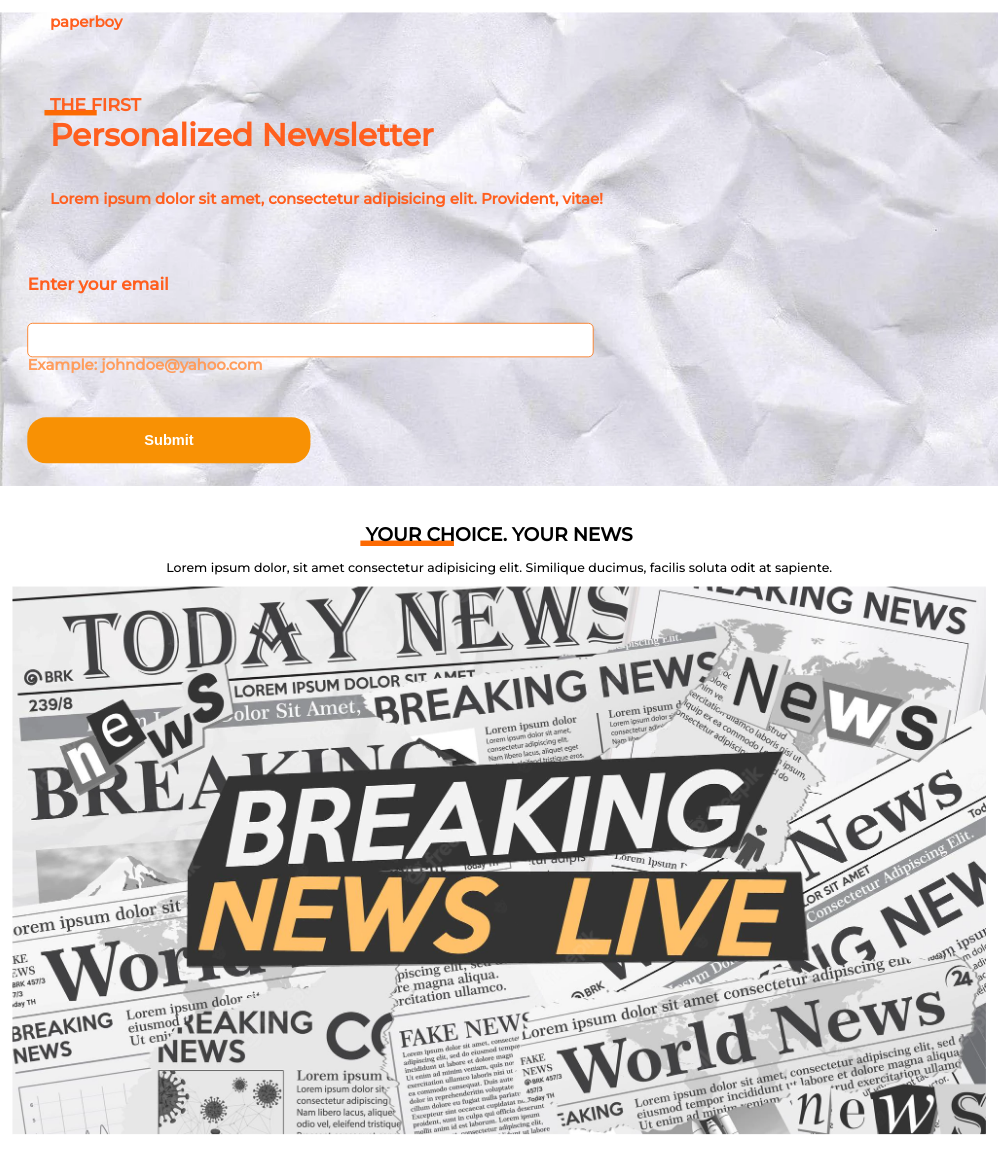
Repository: Gionnn/proiecte
Page: index.html
An editor plug-in stored every save of this project. The page is shown before and after the next save, followed by the edit.
The browser window is 1280 px wide. The pictures show the whole page, at 78% of full size.

Above is the page before, as saved 2022-11-28 12:24:44.

### index.html
<!DOCTYPE html>
<html lang="en">
  <head>
    <meta charset="UTF-8" />
    <meta name="viewport" content="width=device-width, initial-scale=1.0" />
    <meta http-equiv="X-UA-Compatible" content="ie=edge" />
    <link rel="stylesheet" href="css/main.css" />
    <title>Paperboy</title>
  </head>

  <body>
    <div class="hero-bg">
      <section class="top">
        <header>
          <a href="index.html">paperboy</a>
        </header>

        <h1><span>The first </span>Personalized Newsletter</h1>
        <p>
          Lorem ipsum dolor sit amet, consectetur adipisicing elit. Provident,
          vitae!
        </p>
        <div class="form-container">
          <form action="">
            <div class="form-left">
              <label for="email">Enter your email</label>
              <input type="text" name="email" id="email" />
              <p>Example: johndoe@yahoo.com</p>
            </div>
            <input type="button" value="Submit" />
          </form>
        </div>
      </section>
    </div>

    <section class="bottom">
      <div class="right-col">
        <h2>Your choice. Your news</h2>
        <p>
          Lorem ipsum dolor, sit amet consectetur adipisicing elit. Similique
          ducimus, facilis soluta odit at sapiente.
        </p>
        <img src="images/paper.jpeg" alt="Breaking News" />
      </div>
    </section>
  </body>
</html>

### css/main.css
@import url("https://fonts.googleapis.com/css2?family=Montserrat:wght@500&display=swap");

body {
  font-family: "Montserrat", sans-serif;
  margin: 0;
}

.hero-bg {
  background: url("../images/background.jpeg");
  color: #ff5f1f;
  text-align: center;
}

header {
  margin-top: 1em;
}
.hero-bg a {
  color: #ff5f1f;
  text-decoration: none;
  font-weight: bold;
  font-size: 1.2rem;
}

section {
  margin: 0 1em;
}

h1 {
  font-size: 2.5rem;
  margin: 2em 0 1.2em;
}

h1 span {
  text-transform: uppercase;
  display: block;
  font-size: 1.4rem;
  position: relative;
  z-index: 1;
}
h1 span::before {
  content: " ";
  position: absolute;
  width: 3em;
  background: #fc6a03;
  height: 0.3em;
  bottom: 0;
  z-index: -1;
  margin-left: -0.3em;
}
.hero-bg p {
  font-weight: bold;
  margin: 0 1em 3em;
  font-size: 1.2rem;
}
.form-container {
  margin: 2em -1em 0;
  padding: 2em;
}
label {
  color: #ff5f1f;
  font-weight: bold;
  display: block;
  margin-bottom: 1em;
  font-size: 1.5em;
}
input[type="text"] {
  border: 1px solid #fc6a03;
  width: 60%;
  padding: 1em;
  box-sizing: border-box;
  border-radius: 0.5em;
  margin-top: 1.2em;
}
.form-container {
  color: #ff9d5c;
  margin-bottom: 1.5em;
  font-weight: normal;
  font-size: 0.9em;
  margin-top: 0.3em;
}
input[type="button"] {
  background-color: #f89104;
  border: none;
  width: 30%;
  color: white;
  font-weight: bold;
  padding: 1em 0;
  border-radius: 1.3em;
  font-size: 1.3em;
  cursor: pointer;
}

input[type="button"]:hover {
  background-color: #c47508;
}

.bottom {
  margin: 0;
}

.right-col {
  text-align: center;
  margin: 3em 1em;
}

h2 {
  text-transform: uppercase;
  position: relative;
}

h2::before {
  content: " ";
  position: absolute;
  width: 5em;
  background: #fc6a03;
  height: 0.3em;
  bottom: 0;
  z-index: -1;
  margin-left: -0.3em;
}

img {
  width: 100%;
}

p {
  line-height: 1em;
}

@media (min-width: 730px) {
  section {
    margin: 0 4em;
  }
  .form-container {
    margin: 2em -4em 0;
  }
}

@media (min-width: 930px) {
  .hero-bg {
    text-align: left;
  }
  .hero-bg p {
    margin: 0 0 3em;
  }
}

After the next save:
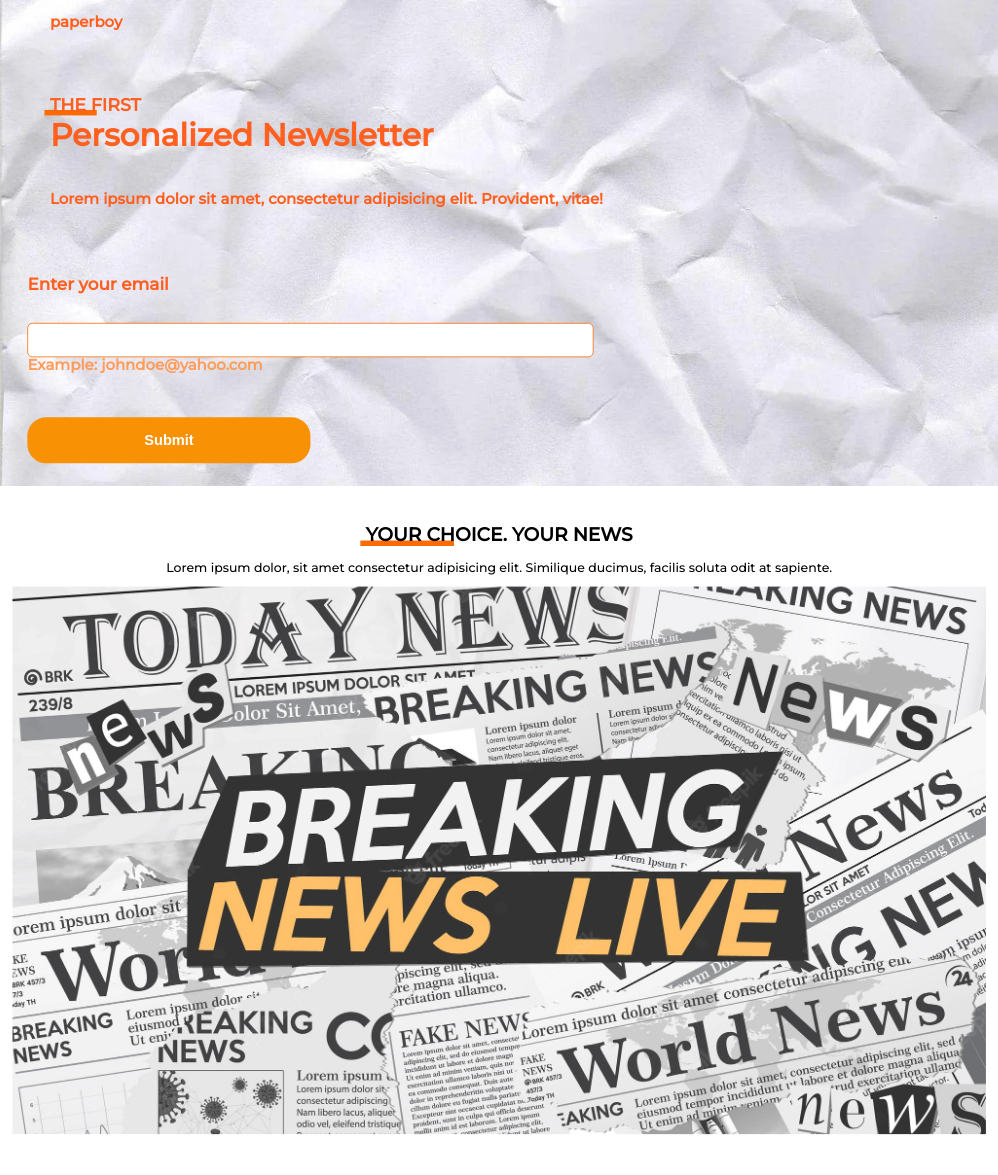
Saved 19 s later.
--- a/css/main.css
+++ b/css/main.css
@@ -12,7 +12,7 @@ body {
 }
 
 header {
-  margin-top: 1em;
+  padding-top: 1em;
 }
 .hero-bg a {
   color: #ff5f1f;
